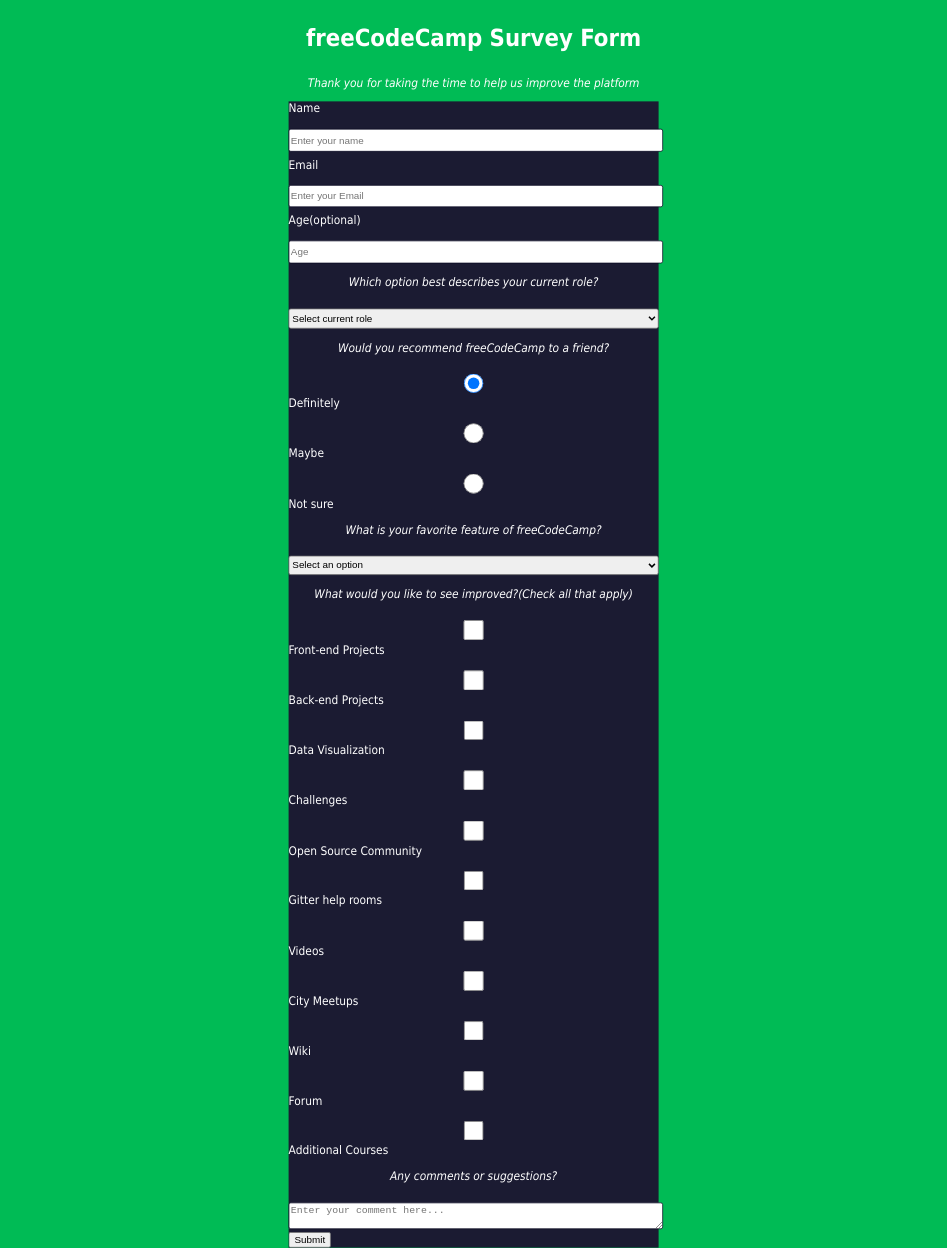
Repository: Lungdjos/survey_form_certification
Page: index.html
The author's editor kept a copy of each file at every save. The page is drawn from the files as they stood at one save, then again after the next save.
The browser window is 1280 px wide. The pictures show the whole page, at 74% of full size.

Above is the page before, as saved 2023-10-10 12:41:18.

After the next save:
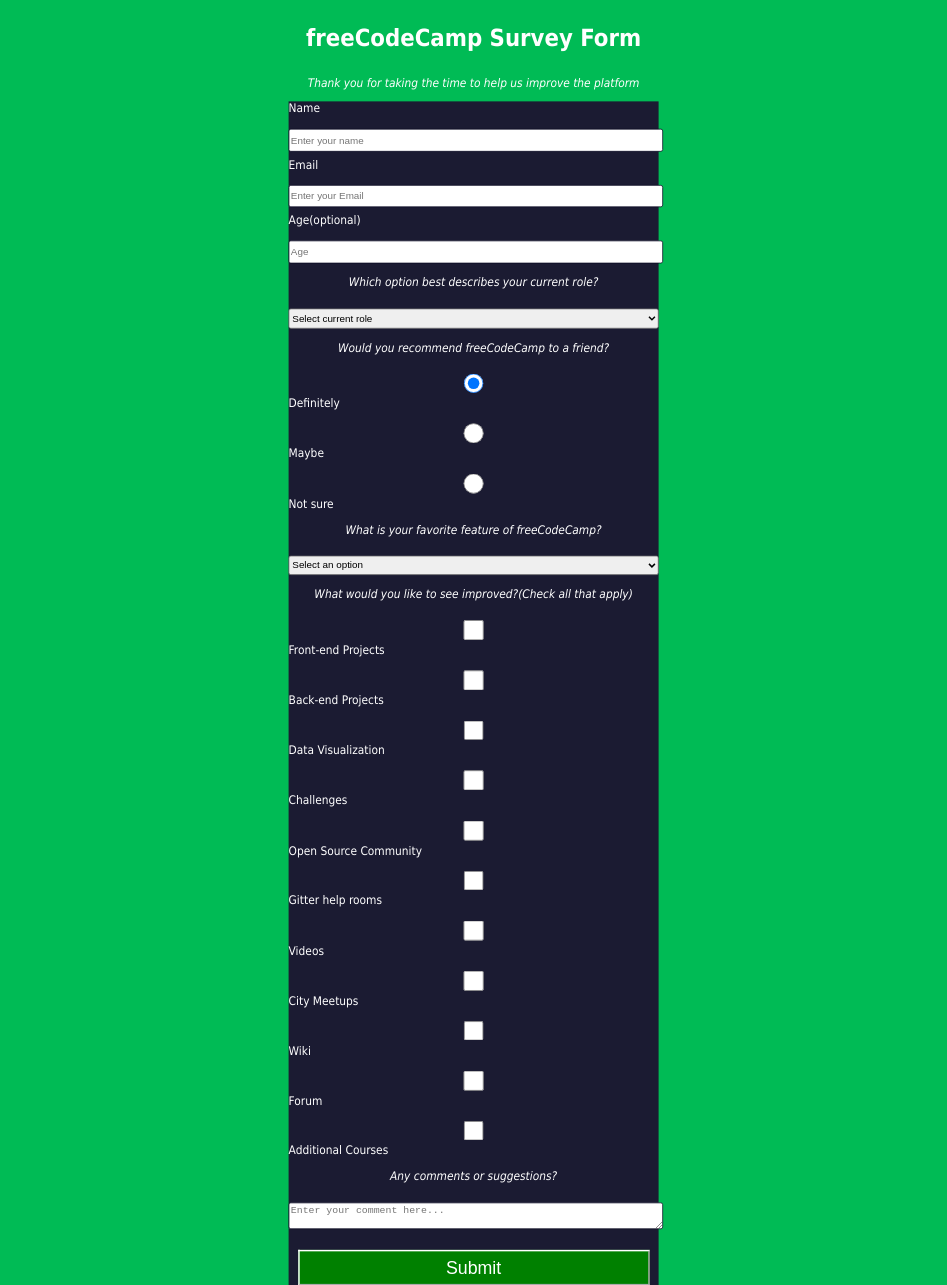
Saved 16 s later.
--- a/styles.css
+++ b/styles.css
@@ -88,7 +88,7 @@
     border-radius: 8px;
 }
 
-input[name="submit"] {
+button {
     display: block;
     width: 95%;
     margin: 1em auto;
